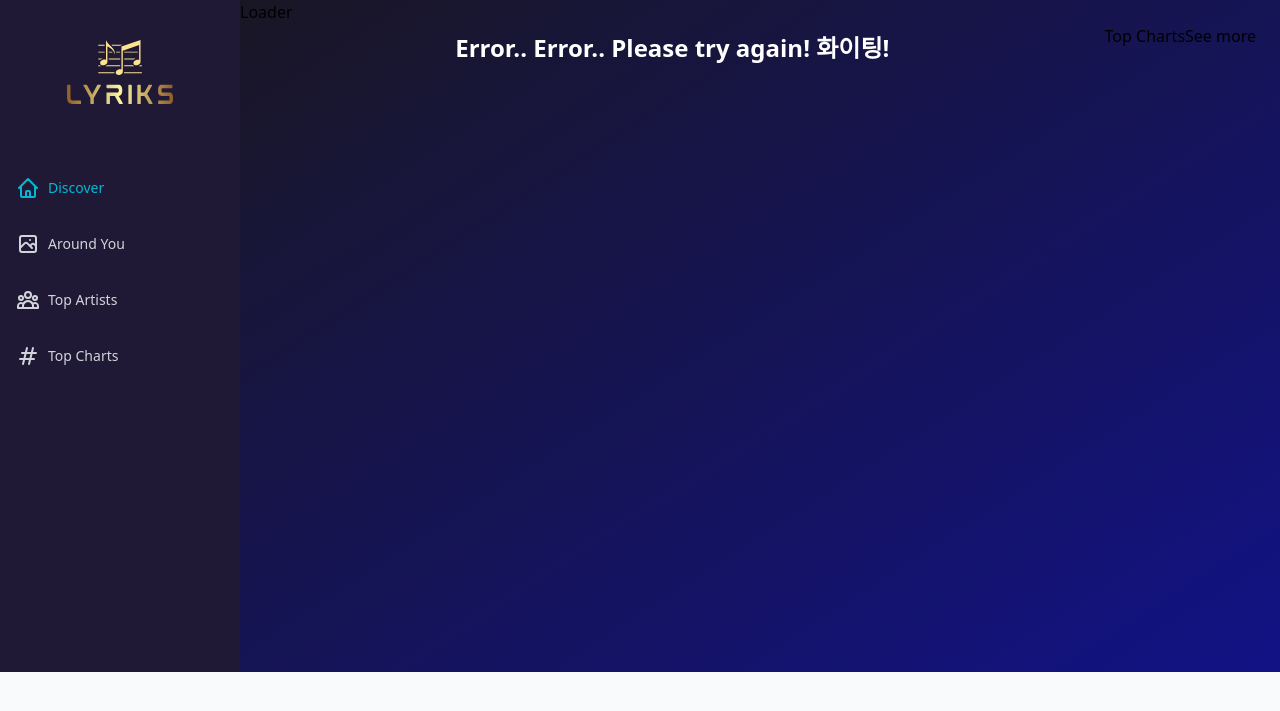
Repository: tessa5/spotify_clone
Page: /
An editor plug-in stored every save of this project. The page is shown before and after a run of saves, followed by the edit.
The browser window is 1280 px wide. The pictures show the whole page.
The page's requests for data from a server got no answer. The project was rebuilt for these pictures with package versions that can differ from the ones it lists, and the page was loaded fresh each time. No one was signed in, and anything a server would have sent is missing. Also part of the build but not shown: vite.config.js, src/components/PlayPause.jsx, src/components/SongCard.jsx, src/components/ArtistCard.jsx, src/components/DetailsHeader.jsx, src/components/SongBar.jsx, src/components/RelatedSongs.jsx, src/components/MusicPlayer/Controls.jsx and 11 more.

Above is the page before, as saved 2022-10-06 15:27:05.

After the next 3 saves:
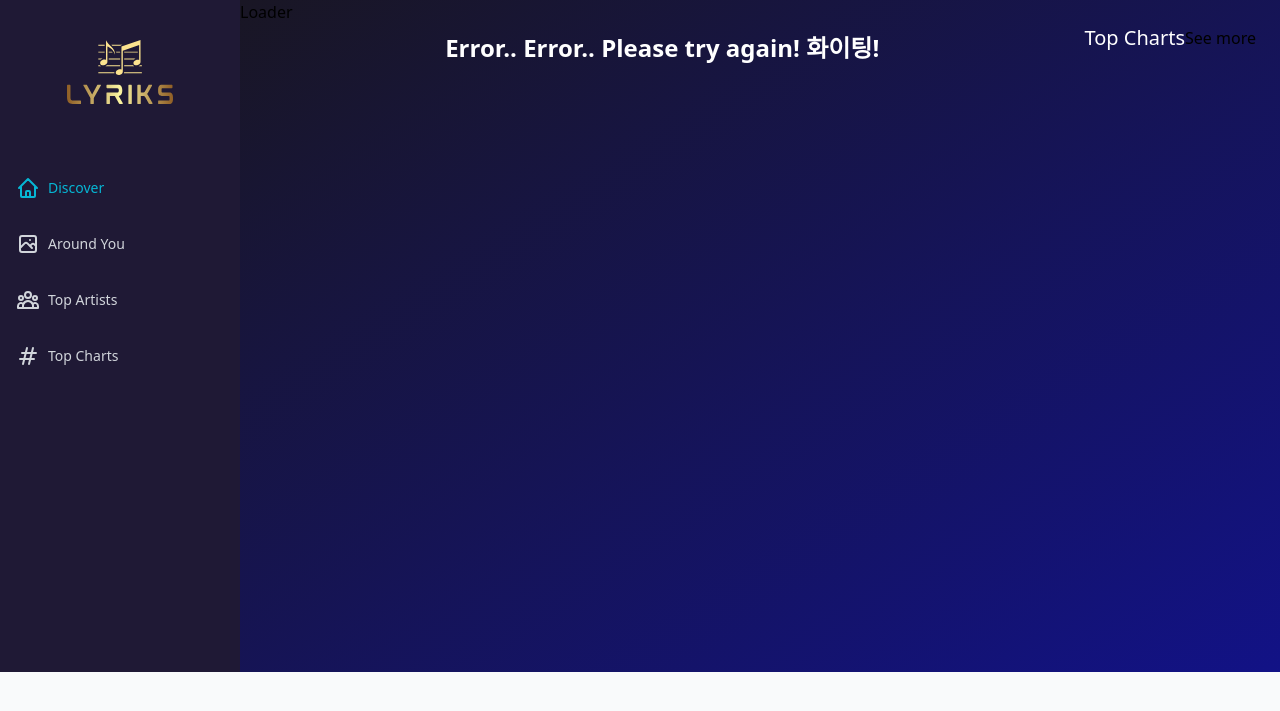
The 3 saves are shown as one change because they came seconds apart.
The last was saved 14 s later.
--- a/src/components/TopPlay.jsx
+++ b/src/components/TopPlay.jsx
@@ -35,7 +35,7 @@ const TopPlay = () => {
     <div ref={divRef} className="xl:ml-6 ml-0 xl:mb-0 mb-6 flex-1 xl:max-w-[500px] max-w-full flex flex-col">
       <div className="w-full flex flex-col">
         <div className="flex flex-row justify-between items-center">
-          <h2 className="">Top Charts</h2>
+          <h2 className="text-white text-bold text-xl">Top Charts</h2>
           <Link to='/top-charts'>
             <p>See more</p>
           </Link>
